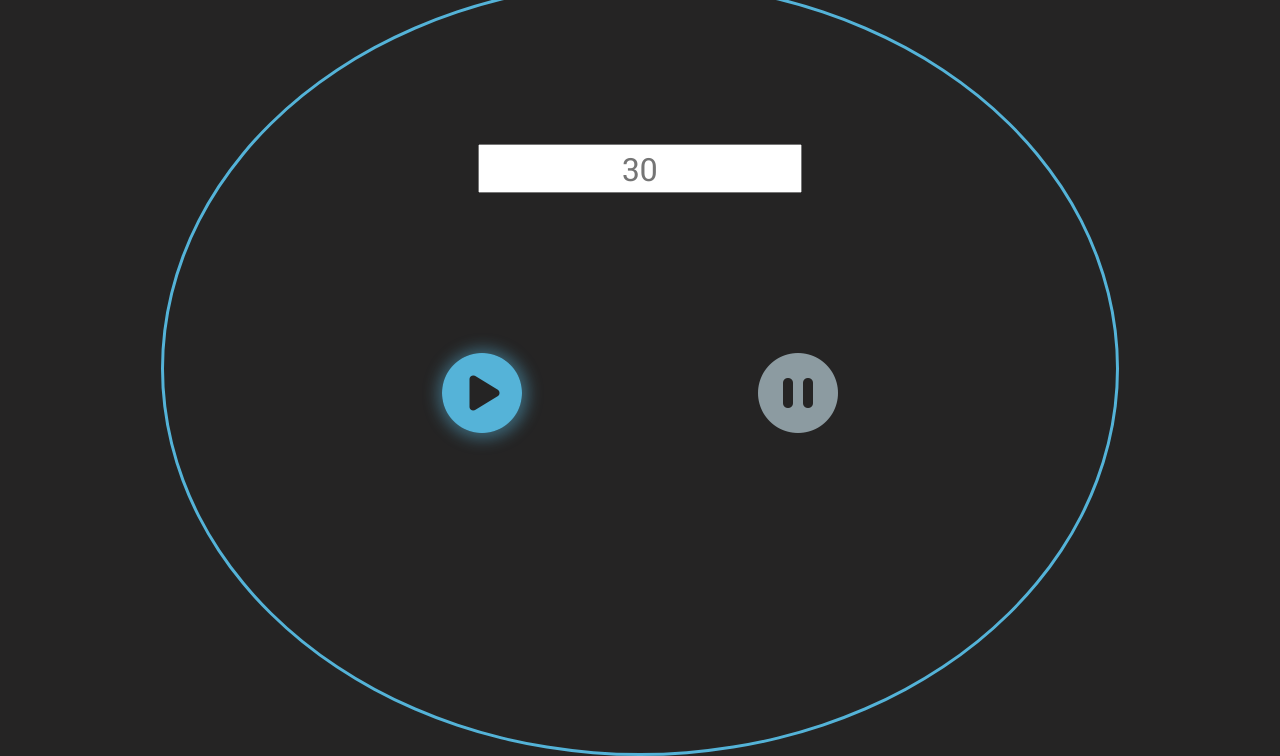
Repository: Sbethm/javascript-challenges
Page: index.html
The author's editor kept a copy of each file at every save. The page is drawn from the files as they stood at one save, then again after a run of saves.
The browser window is 1280 px wide. The pictures show the whole page.
Some web libraries are served in a nearby version. The style sheet was rebuilt from its Sass, Less or Tailwind sources for each picture, by a compiler version that may differ from the author's.

Above is the page before, as saved 2021-09-17 09:55:40.

### index.html
<!DOCTYPE html>
<html lang="en">
<head>
    <meta charset="UTF-8">
    <meta http-equiv="X-UA-Compatible" content="IE=edge">
    <meta name="viewport" content="width=device-width, initial-scale=1.0">
    <link rel="stylesheet" href="./CSS/main.css">
    <link rel="preconnect" href="https://fonts.googleapis.com">
    <link rel="preconnect" href="https://fonts.gstatic.com" crossorigin>
    <link href="https://fonts.googleapis.com/css2?family=Roboto+Slab&display=swap" rel="stylesheet">
    <script src="https://kit.fontawesome.com/4348baf125.js" crossorigin="anonymous"></script>
    <title>SarahMoosa: JavaScript Challenges</title>
</head>
<body>
    <header></header>
    <main>
        <div class="container">
            <input type="text" placeholder="30">
            <i class="fas fa-play-circle active"></i>
            <i class="fas fa-pause-circle inactive"></i>
        </div>
    </main>
</body>
</html>

### SCSS/main.scss
@import "./variables";

body {
    background-color: rgb(37, 36, 36);
}

main{
    height: 100vh;
    display: flex;
    align-items: center;
    justify-content: center;
}

.container {
    display: grid;
    grid-template-columns: 50% 50%;
    grid-row: 25% 75%;
    width: 50%;
    padding: 5em;
    margin: 0 auto;
    font-family: 'Roboto Slab', serif;
    font-size: 2rem;
    background-color: rgb(37, 36, 36);
    border: solid 3px rgb(84, 179, 216);
    border-radius: 100%;
}

input {
    width: 50%;
    grid-area: 1 / 1 / 2 / 3;
    margin: 0 auto;
    text-align: center;
    font-family: inherit;
    font-size: 100%;
}

i {
    margin: 2em auto;
    font-size: clamp(1rem, 5rem, 7rem);
    border-radius: 50%;
}

.fa-play-circle {
    grid-area: 2 / 1 / 3 / 2;
}

.fa-pause-circle {
    grid-area: 2 / 2 / 3 / 3;
}

.active {
    color: $activeColor;
    box-shadow: 1px 1px 15px 5px rgba(85,179,216,0.46);
}
// rgb(85, 179, 216)
.inactive {
    color: $inactiveColor;
    box-shadow: none;
}

### SCSS/_variables.scss
//COLORS
$activeColor: hsl(197, 63%, 59%);
$inactiveColor: hsl(197, 10%, 59%);

After the next 6 saves:
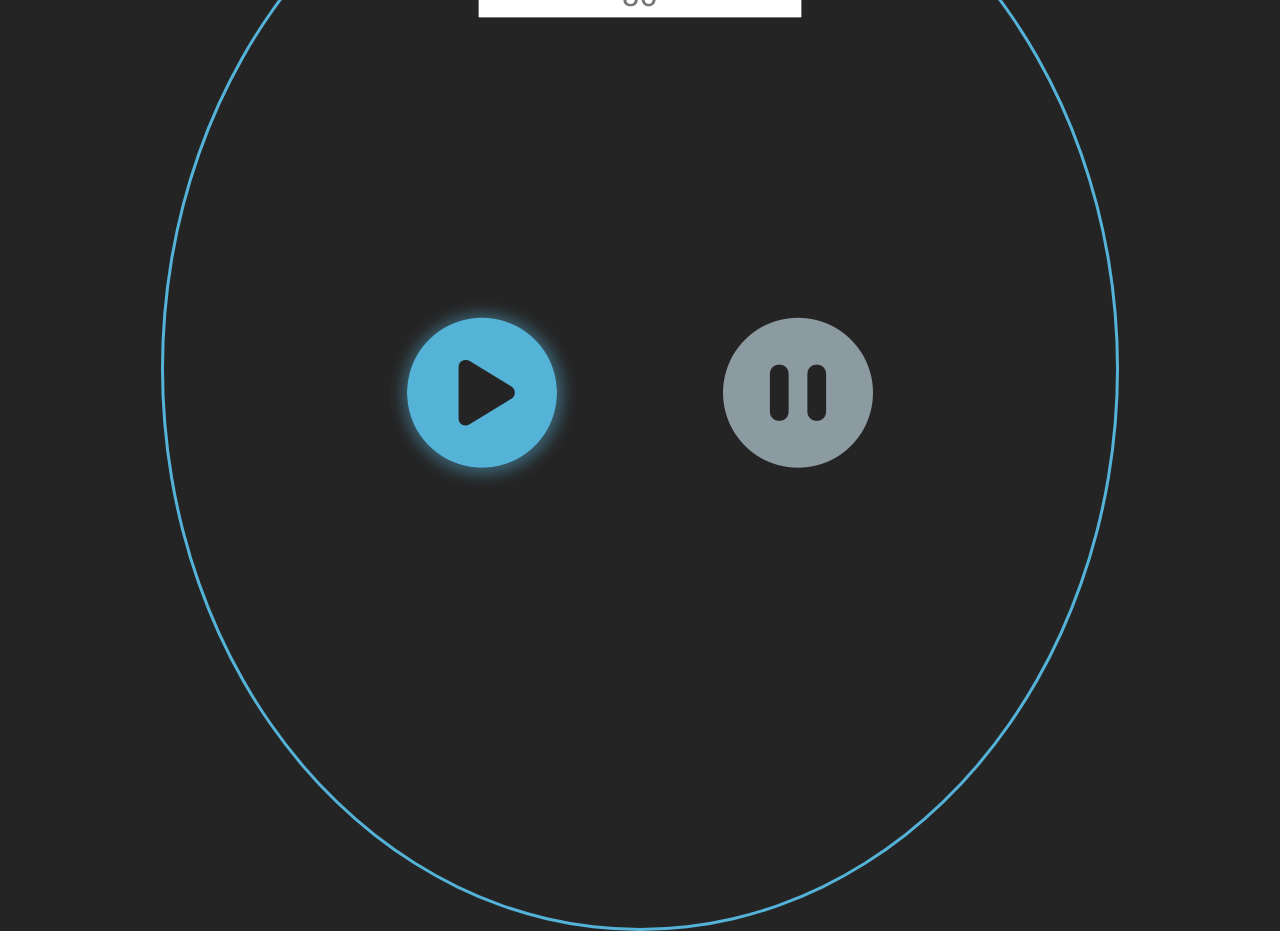
The 6 saves are shown as one change because 1 did not build or start and some came seconds apart.
The last was saved 6 min 7 s later.
--- a/SCSS/main.scss
+++ b/SCSS/main.scss
@@ -36,7 +36,7 @@ input {
 
 i {
     margin: 2em auto;
-    font-size: clamp(1rem, 5rem, 7rem);
+    font-size: Max(5rem, 150px);
     border-radius: 50%;
 }
 
